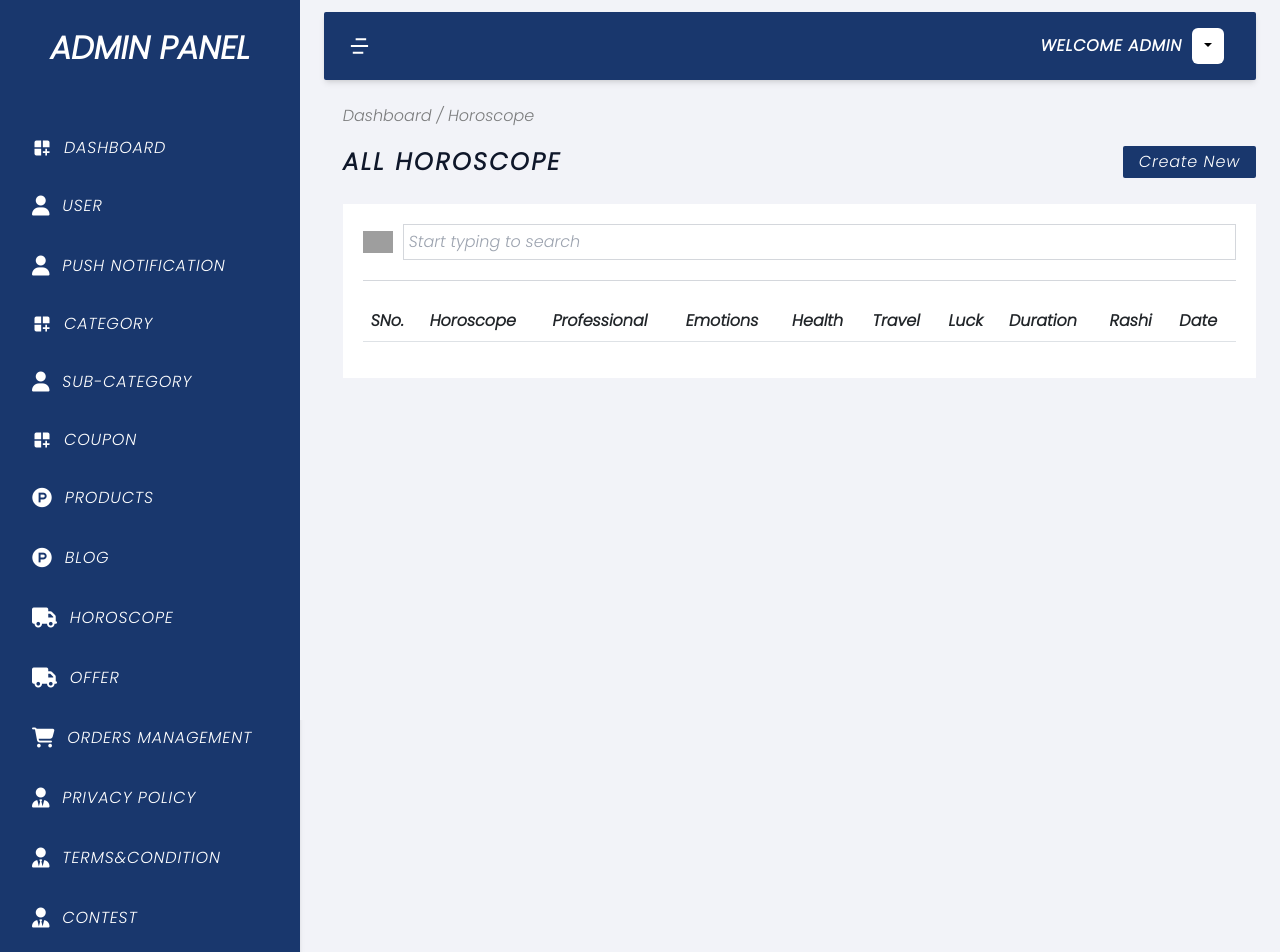
Repository: arpanmalik/project-khanna
Page: /VendorList
An editor plug-in stored every save of this project. The page is shown before and after a run of saves, followed by the edit.
The browser window is 1280 px wide. The pictures show the part of the page from y = 0 to 952 px (the page is 1180 px tall).
Pictures or frames that could not be fetched are drawn as grey boxes. The page's requests for data from a server got no answer. Some web libraries are served in a nearby version. The project was rebuilt for these pictures with package versions that can differ from the ones it lists, and the page was loaded fresh each time. No one was signed in, and anything a server would have sent is missing. Also part of the build but not shown: src/E-CommerceAdmin/forms/Login.jsx, src/E-CommerceAdmin/pages/Dashboard.jsx, src/E-CommerceAdmin/pages/ECategory.js, src/E-CommerceAdmin/pages/EProduct.js, src/E-CommerceAdmin/pages/EAdminOrders.js, src/E-CommerceAdmin/pages/EAdminProduct.js, src/E-CommerceAdmin/pages/EAdminDelivery.js, src/E-CommerceAdmin/pages/EAdminCustomer.js and 11 more.

Above is the page before, as saved 2023-05-16 17:29:47.

After the next 2 saves:
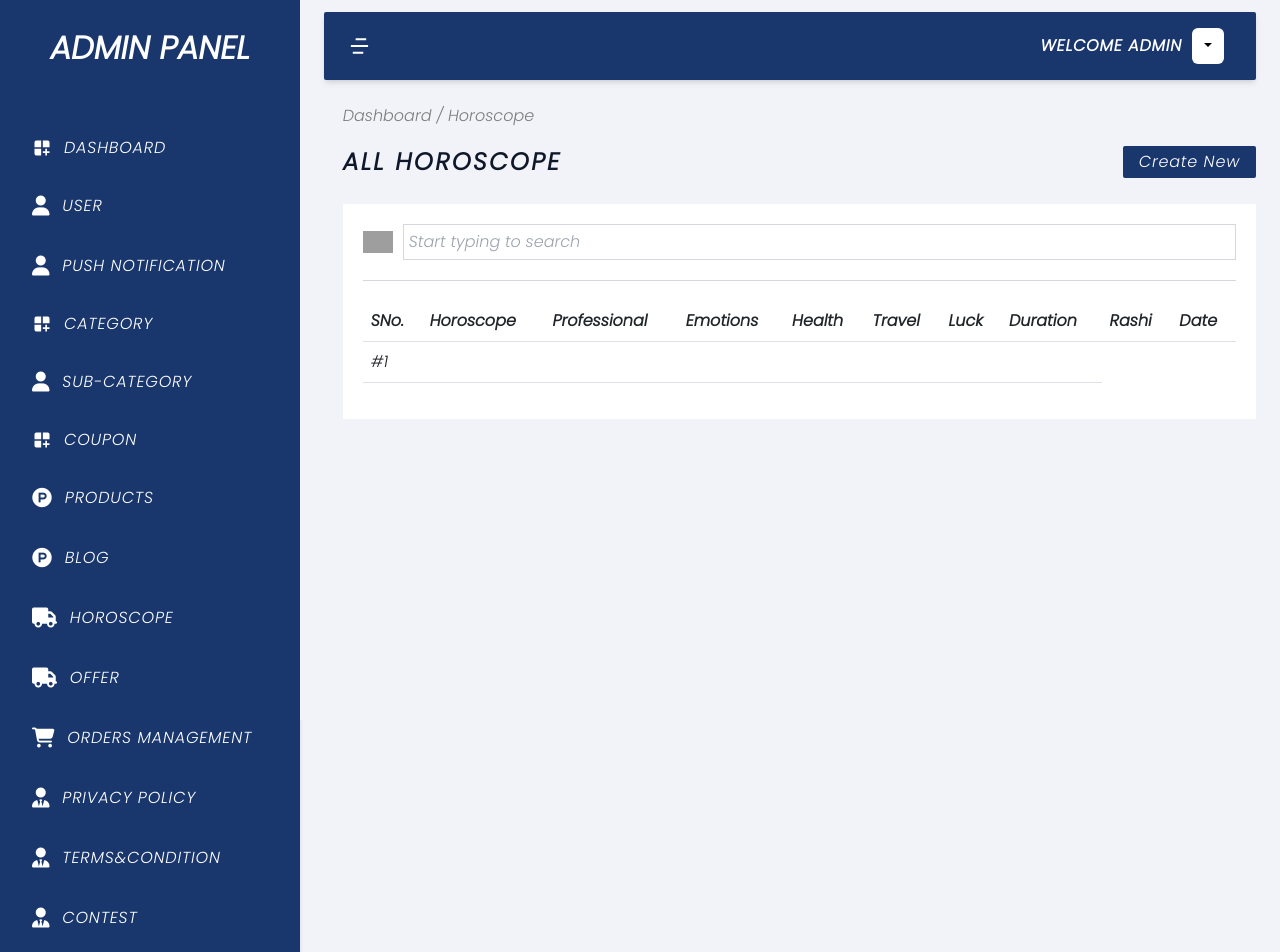
The 2 saves are shown as one change because they came seconds apart.
The last was saved 42 s later.
--- a/src/E-CommerceAdmin/pages/EVendorList.js
+++ b/src/E-CommerceAdmin/pages/EVendorList.js
@@ -241,7 +241,16 @@ const EVendorList = () => {
                   </tr>
                 </thead>
                 <tbody>
-
+             <tr>
+              <td>#1</td>
+              <td>  </td>
+              <td>  </td>
+              <td>  </td>
+              <td>  </td>
+              <td>  </td>
+              <td>  </td>
+              <td>  </td>
+             </tr>
                 </tbody>
               </Table>
             </div>
